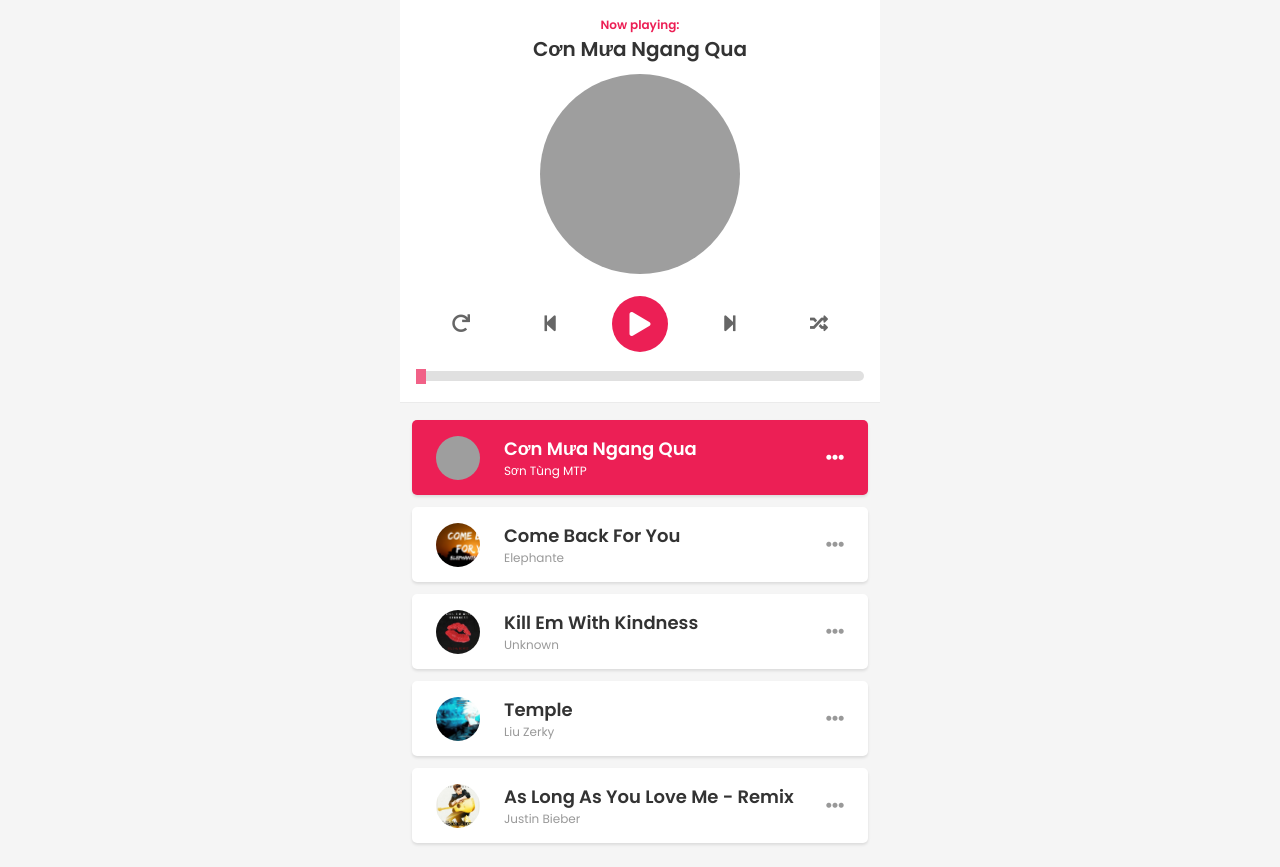
Repository: vandat598/musicPlayer
Page: index.html
These files come from the project's save history. The page is drawn as it stood at one moment and after the next save; the edit follows.
The browser window is 1280 px wide. The pictures show the whole page.
Pictures or frames that could not be fetched are drawn as grey boxes.

Above is the page before, as saved 2022-04-28 16:33:10.

After the next save:
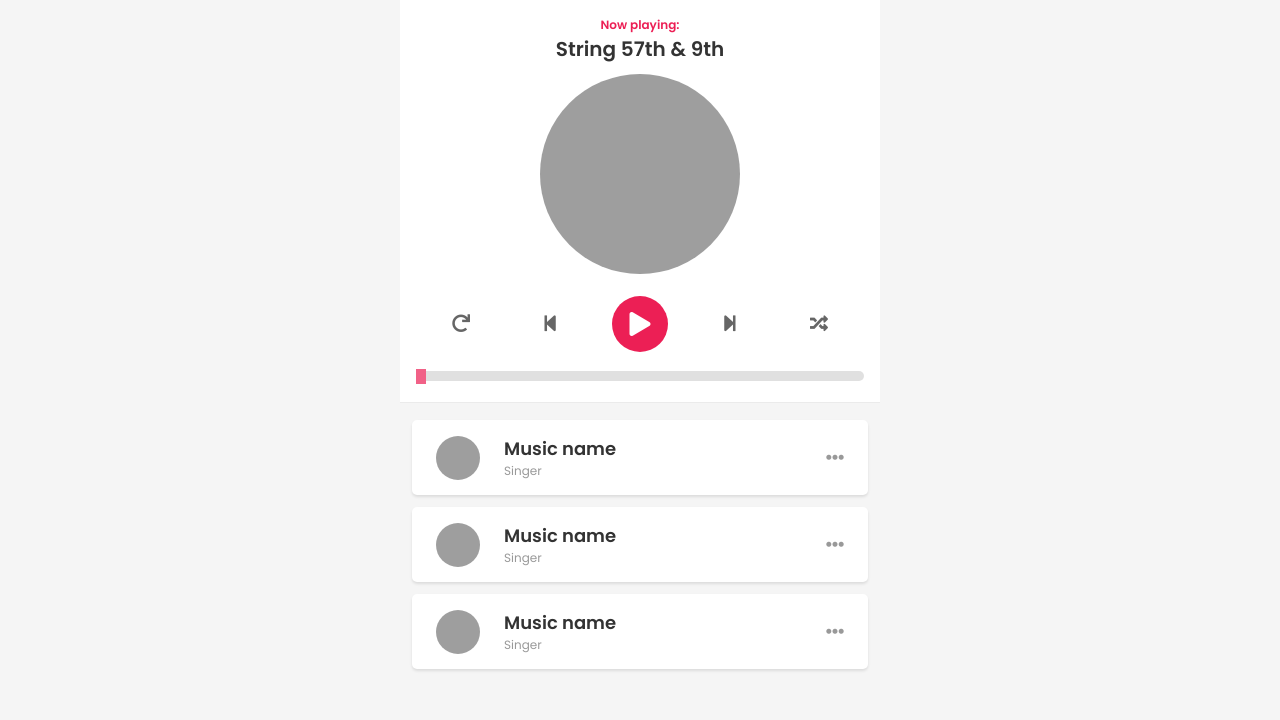
Console error: SyntaxError: Unexpected token 'if'
Saved 76 s later.
--- a/index.html
+++ b/index.html
@@ -368,9 +368,7 @@
           this.render();
           const songActive = $$('.song');
           console.log(songActive);
-          songActive.forEach((elem, index) =>
-            index === this.currentIndex ? elem.classList.toggle('active') : ''
-          );
+          songActive.forEach((elem, index) => if(index === this.currentIndex) {return elem.classList.toggle('active')}) ;
         },
       };
 

After the save that followed:
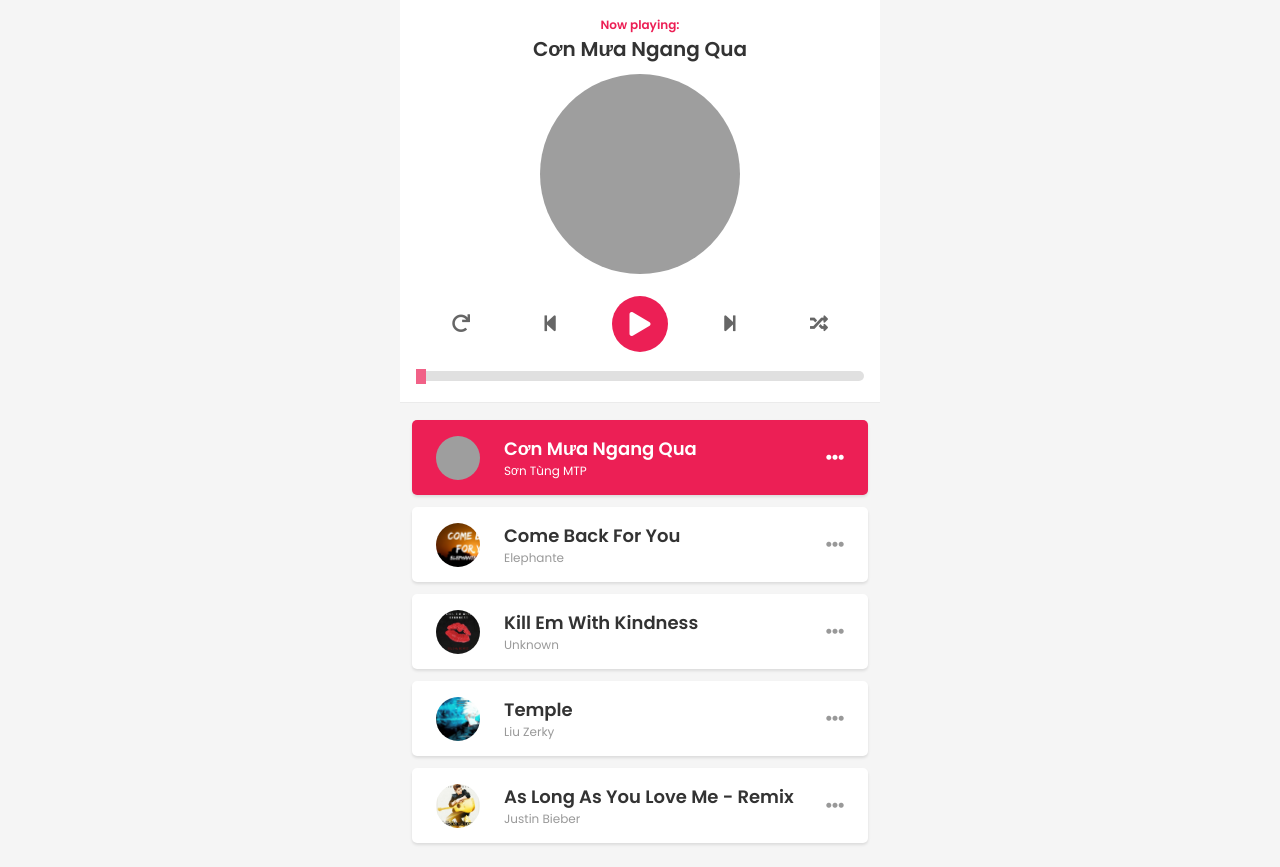
The error is gone.
Saved 16 s later.
--- a/index.html
+++ b/index.html
@@ -368,7 +368,11 @@
           this.render();
           const songActive = $$('.song');
           console.log(songActive);
-          songActive.forEach((elem, index) => if(index === this.currentIndex) {return elem.classList.toggle('active')}) ;
+          songActive.forEach((elem, index) => {
+            if (index === this.currentIndex) {
+              return elem.classList.toggle('active');
+            }
+          });
         },
       };
 
